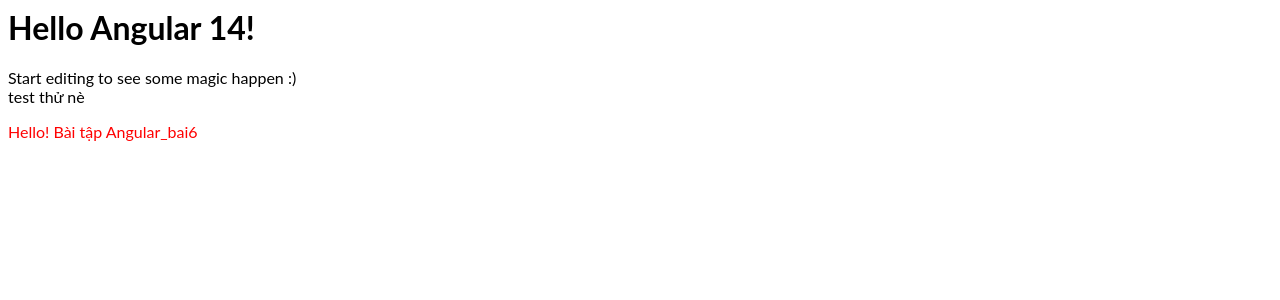
Repository: leduc24/baitap-angular100day
Page: / (app in angular_bai6/)
An editor plug-in stored every save of this project. The page is shown before and after the next save, followed by the edit.
The browser window is 1280 px wide. The pictures show the whole page.
The project was rebuilt for these pictures with package versions that can differ from the ones it lists, and the page was loaded fresh each time. Also part of the build but not shown: angular_bai6/angular.json.

Above is the page before, as saved 2022-07-03 13:53:41.

### angular_bai6/src/app/app.component.html
<hello name="{{ name }}"></hello>
<p>
  Start editing to see some magic happen :)
  <br> test thử nè
</p>
<!-- Bài 6 : Tìm Hiểu : cả 2 dạng này là dataBinding : Thay đổi hiển thị
        Class Binding
        Style Binding
-->

<p class = "foo" style = "color: red ">
      Hello! Bài tập Angular_bai6
</p>

Loaded but not shown: angular_bai6/src/index.html (common file); angular_bai6/src/styles.css (common file); angular_bai6/src/main.ts (common file); angular_bai6/src/polyfills.ts (common file); angular_bai6/src/app/app.module.ts (common file); angular_bai6/src/app/app.component.ts (common file); angular_bai6/src/app/hello.component.ts (common file); angular_bai6/src/app/app.component.css (common file)

After the next save:
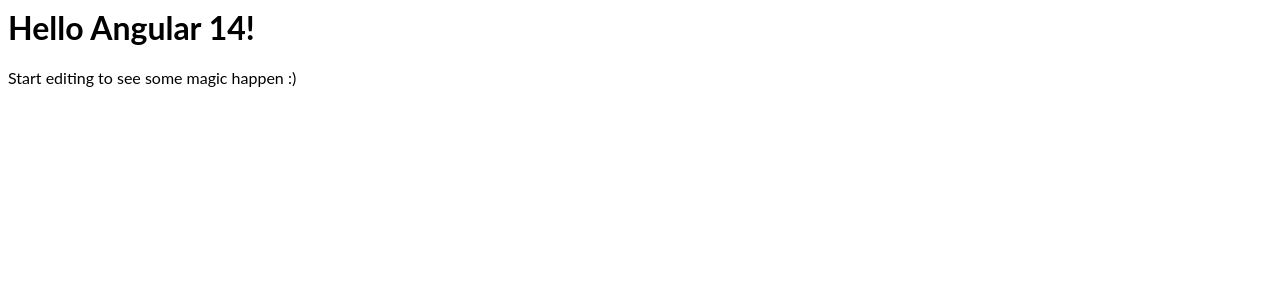
Saved 74 min 16 s later.
--- a/angular_bai6/src/app/app.component.html
+++ b/angular_bai6/src/app/app.component.html
@@ -1,13 +1,16 @@
 <hello name="{{ name }}"></hello>
 <p>
   Start editing to see some magic happen :)
-  <br> test thử nè
+
 </p>
 <!-- Bài 6 : Tìm Hiểu : cả 2 dạng này là dataBinding : Thay đổi hiển thị
         Class Binding
         Style Binding
 -->
 
-<p class = "foo" style = "color: red ">
+<!--<p class = "foo" style = "color: red ">
       Hello! Bài tập Angular_bai6
 </p>
+-->
+<div class = "box red-border yellow-background">
+</div>
